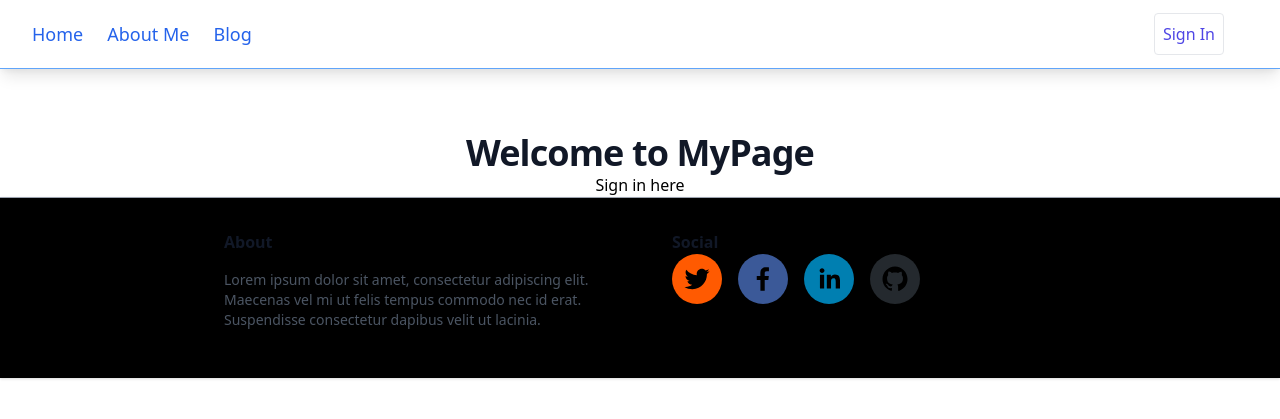
Repository: rushilramesh/portfolio-page
Page: /
These files come from the project's save history. The page is drawn as it stood at one moment and after the next save; the edit follows.
The browser window is 1280 px wide. The pictures show the whole page.
The project was rebuilt for these pictures with package versions that can differ from the ones it lists, and the page was loaded fresh each time. The framework's server and built-in components were replaced by stand-ins that run in the browser. Also part of the build but not shown: next.config.js.

Above is the page before, as saved 2021-05-21 02:27:28.

After the next save:
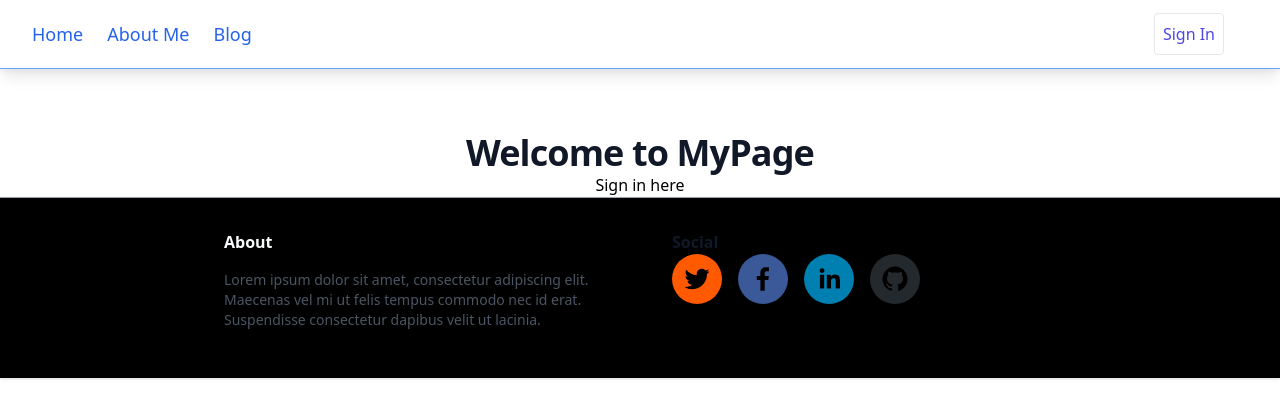
Saved 16 s later.
--- a/components/Layout.tsx
+++ b/components/Layout.tsx
@@ -15,7 +15,7 @@ const Layout = ({children, loggedIn} : {children: React.ReactNode, loggedIn?: bo
             <div className="container max-w-4xl mx-auto flex py-8 space-y-4ß">
                 <div className="flex w-full md:w-1/2 ">
                     <div className="px-8">
-                        <h3 className="font-bold text-gray-900">About</h3>
+                        <h3 className="font-bold text-gray-50">About</h3>
                         <p className="py-4 text-gray-600 text-sm">
                             Lorem ipsum dolor sit amet, consectetur adipiscing elit. Maecenas vel mi ut felis tempus commodo nec id erat. Suspendisse consectetur dapibus velit ut lacinia.
                         </p>
